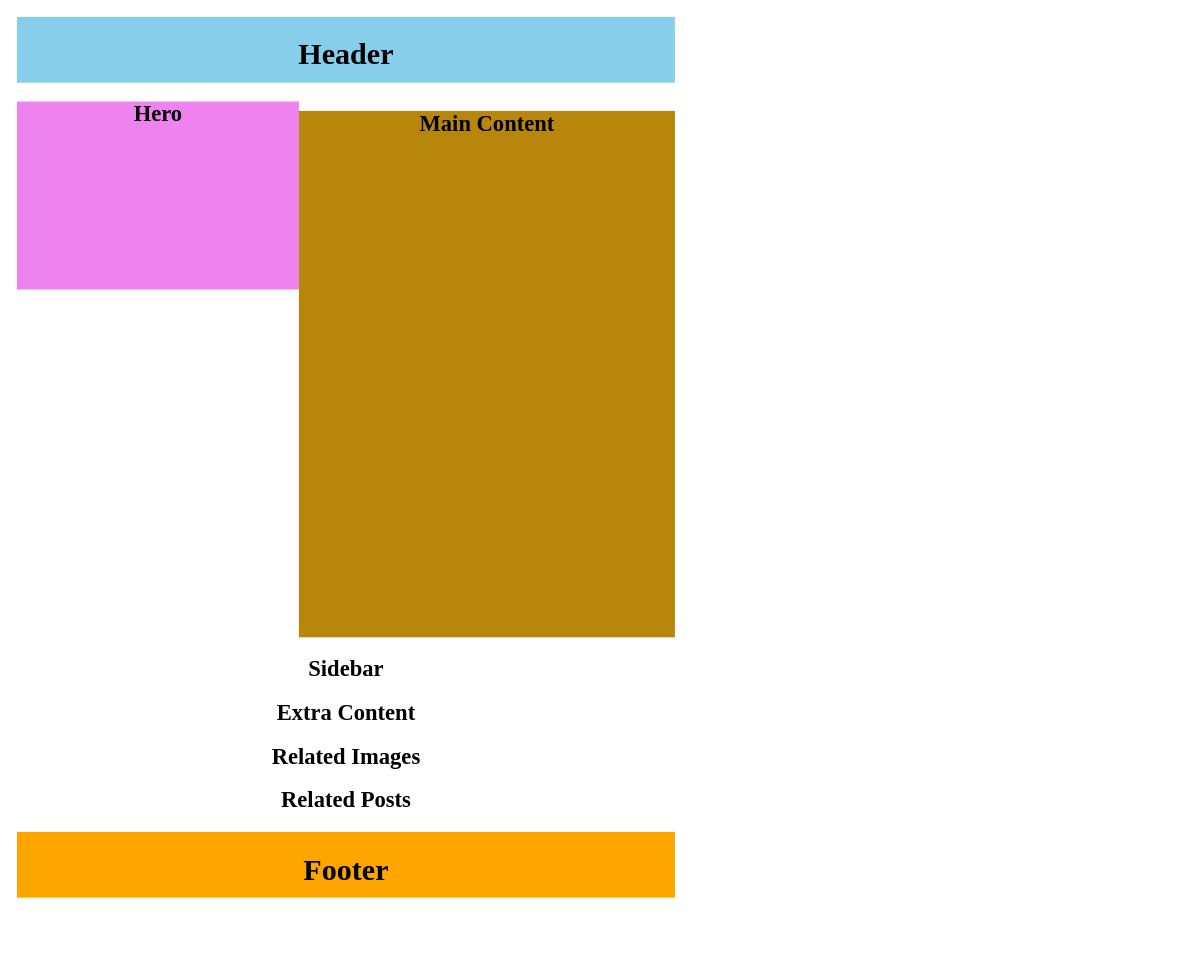
Repository: harshitanthal1/assignments_avisoft
Page: 01-02-2024/assignment_2/index.html
An editor plug-in stored every save of this project. The page is shown before and after the next save, followed by the edit.
The browser window is 1280 px wide. The pictures show the whole page, at 94% of full size.

Above is the page before, as saved 2024-02-01 18:06:25.

After the next save:
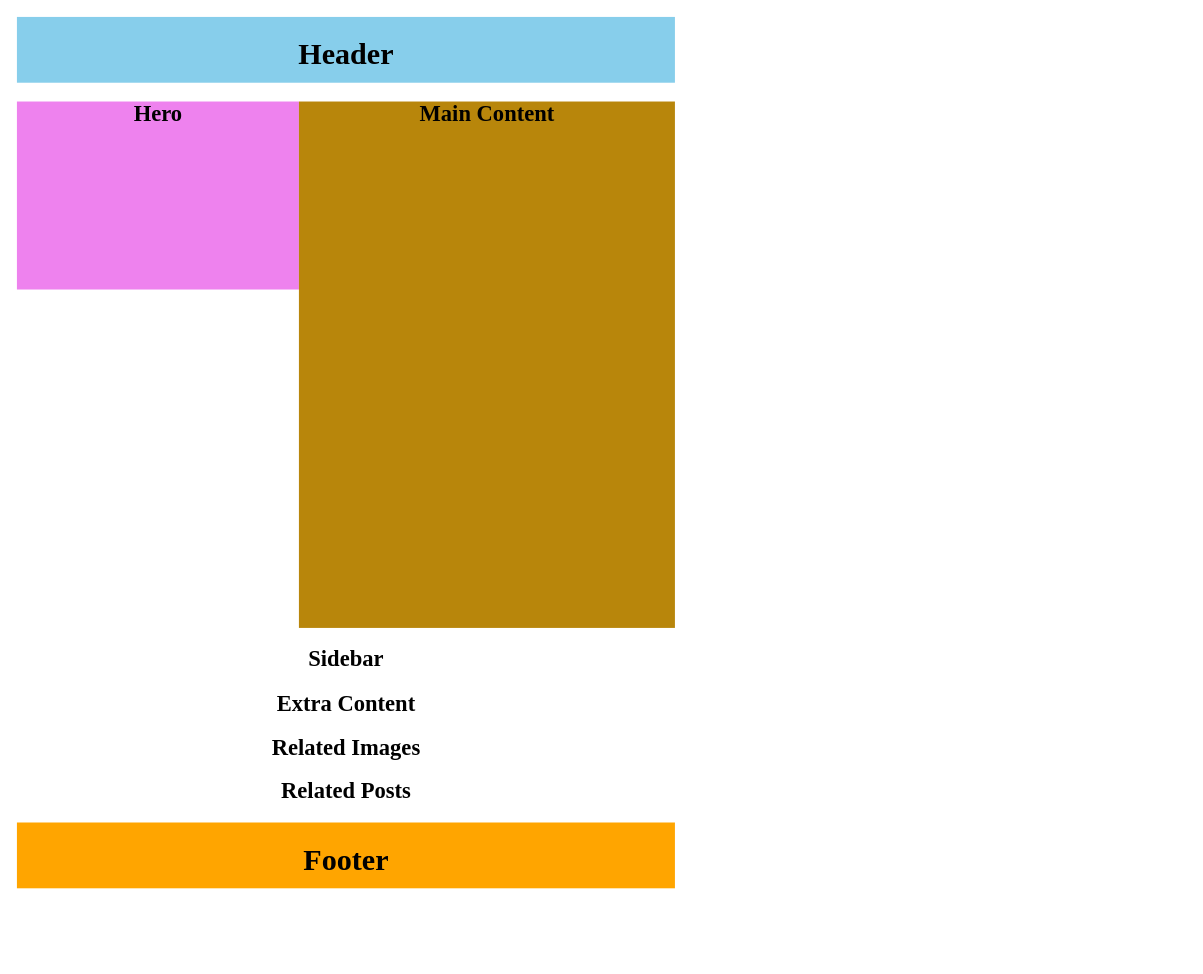
Saved 13 s later.
--- a/01-02-2024/assignment_2/styles/styles.css
+++ b/01-02-2024/assignment_2/styles/styles.css
@@ -26,7 +26,7 @@
     width: 400px;
     height: 560px;
     margin-left: 300px;
-    margin-top: -210px;
+    margin-top: -220px;
 }
 
 #footer {
